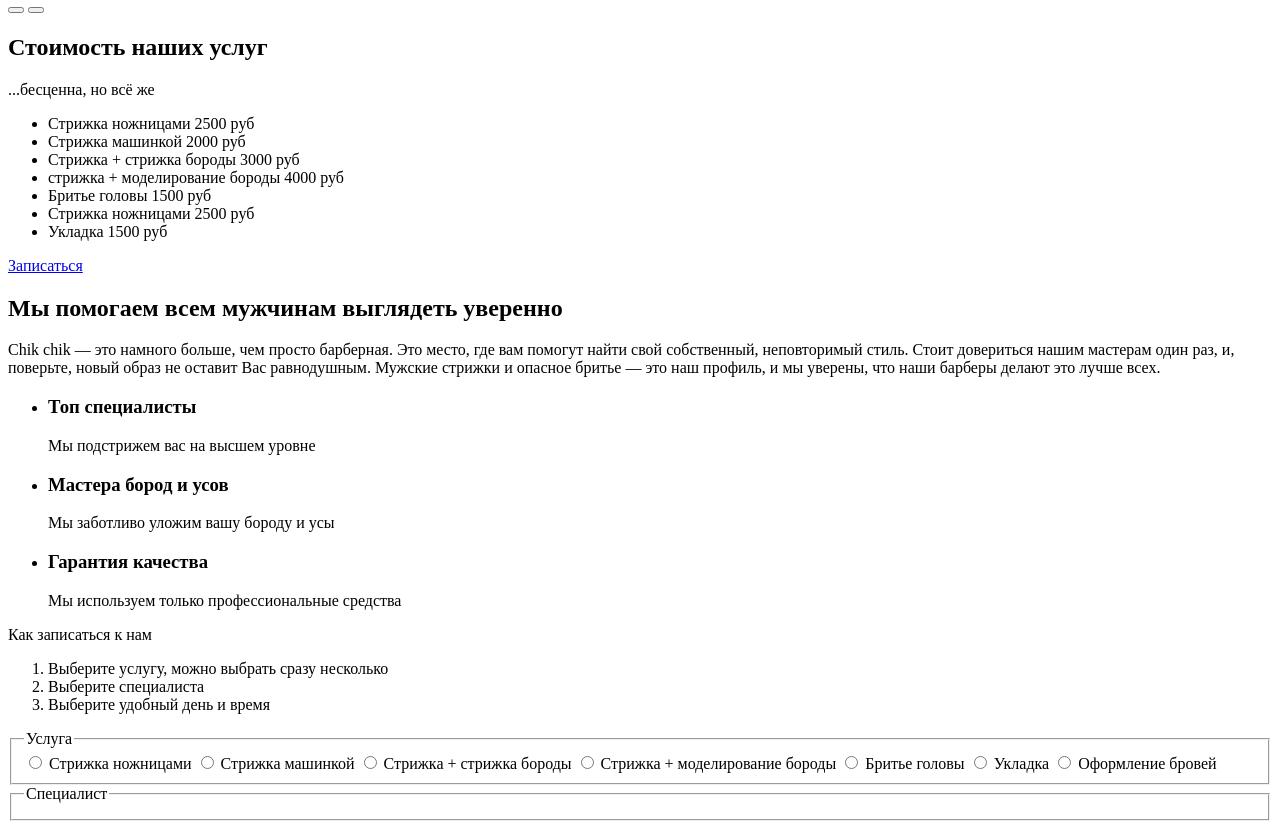
Repository: alexboagreek/chick-chick
Page: index.html
An editor plug-in stored every save of this project. The page is shown before and after the next save, followed by the edit.
The browser window is 1280 px wide. The pictures show the part of the page from y = 3047 to 3894 px (the page is 3876 px tall before and 3894 px after).
A picture or video elsewhere on the page could not be fetched, so the positions and the page height are approximate.

Above is the page before, as saved 2023-01-17 15:30:41.

After the next save:
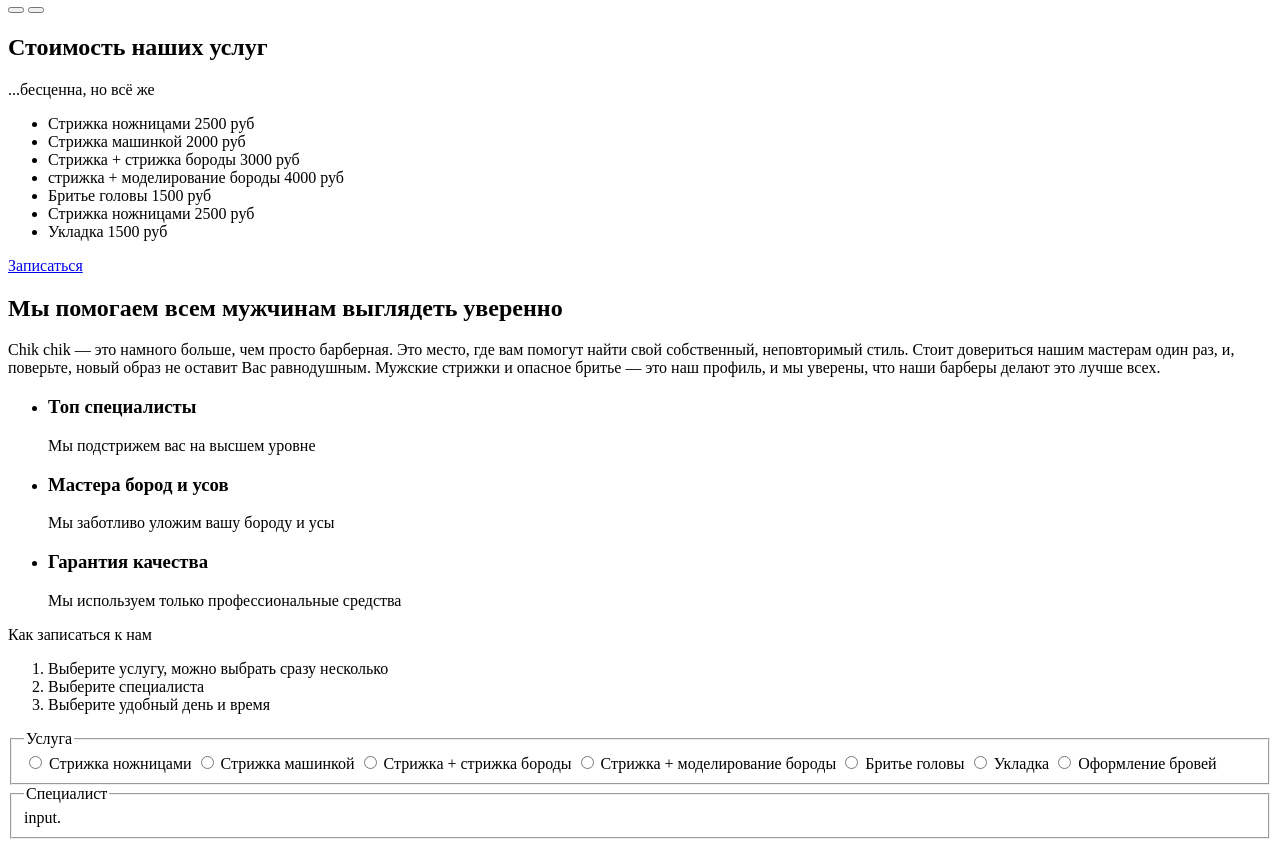
Saved 5 s later.
--- a/index.html
+++ b/index.html
@@ -190,7 +190,9 @@
                     <fieldset class="reserve__fieldset">
                         <legend class="reserve__legend">Специалист</legend>
 
-                        <label class="radio"></label>
+                        <label class="radio">
+                            input.
+                        </label>
                     </fieldset>
                 </div>
             </form>
